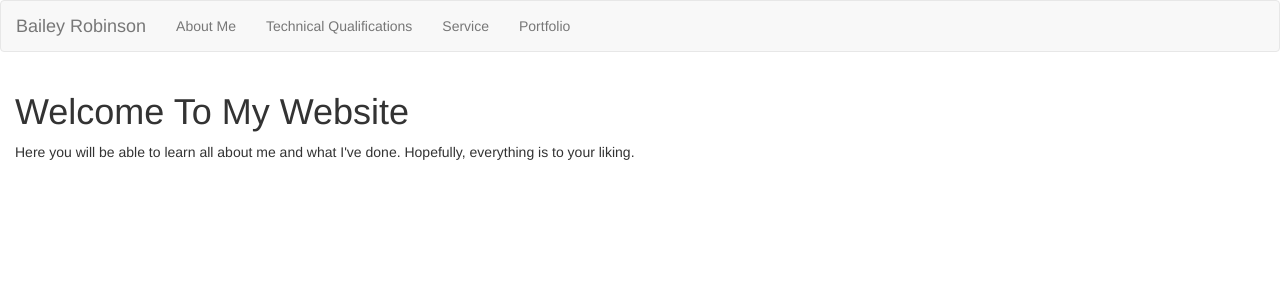
Repository: baileyjrob/personal_website
Page: index.html
An editor plug-in stored every save of this project. The page is shown before and after the next save, followed by the edit.
The browser window is 1280 px wide. The pictures show the whole page.

Above is the page before, as saved 2022-04-20 13:25:25.

### index.html
<!DOCTYPE html>
<html lang=en>

<head>
  <title>Bailey Robinson</title>
  <meta charset="utf-8">
  <meta name="viewport" content="width=device-width, initial-scale=1">
  <!-- Latest compiled and minified CSS -->
  <link rel="stylesheet" href="https://maxcdn.bootstrapcdn.com/bootstrap/3.4.1/css/bootstrap.min.css">

  <!-- jQuery library -->
  <script src="https://ajax.googleapis.com/ajax/libs/jquery/3.5.1/jquery.min.js"></script>

  <!-- Latest compiled JavaScript -->
  <script src="https://maxcdn.bootstrapcdn.com/bootstrap/3.4.1/js/bootstrap.min.js"></script>
</head>

<body>
  <nav class="navbar navbar-default">
    <div class="container-fluid">
      <div class="navbar-header">
        <a class="navbar-brand" href="index.html">Bailey Robinson</a>
      </div>
      <ul class="nav navbar-nav">
        <li><a href="about.html">About Me</a></li>
        <li><a href="techqual.html">Technical Qualifications</a></li>
        <li><a href="service.html">Service</a></li>
        <li><a href="portfolio.html">Portfolio</a></li>
      </ul>
    </div>
  </nav>
  <div class="container-fluid">
    <h1>Welcome To My Website</h1>
    <p>Here you will be able to learn all about me and what I've done. Hopefully, everything is to your liking.</p>
  </div>
</body>

</html>

After the next save:
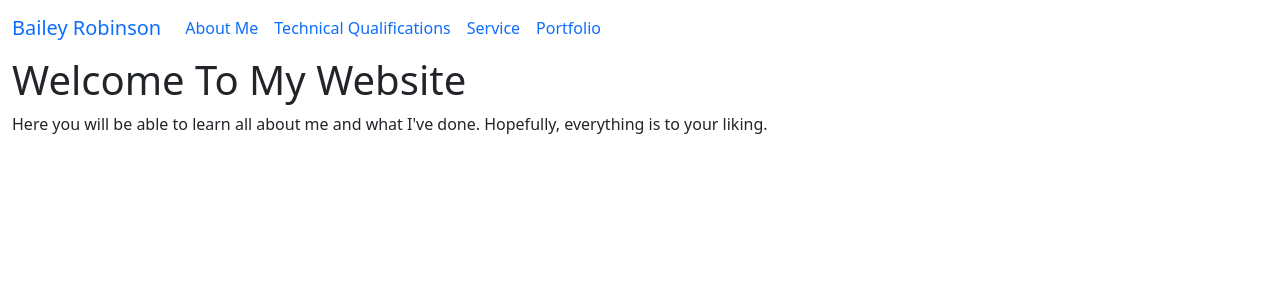
Saved 82 s later.
--- a/index.html
+++ b/index.html
@@ -2,37 +2,45 @@
 <html lang=en>
 
 <head>
-  <title>Bailey Robinson</title>
-  <meta charset="utf-8">
-  <meta name="viewport" content="width=device-width, initial-scale=1">
-  <!-- Latest compiled and minified CSS -->
-  <link rel="stylesheet" href="https://maxcdn.bootstrapcdn.com/bootstrap/3.4.1/css/bootstrap.min.css">
+    <title>Bailey Robinson</title>
+    <meta charset="utf-8">
+    <meta name="viewport" content="width=device-width, initial-scale=1">
+    <!-- Latest compiled and minified CSS -->
+    <link href="https://cdn.jsdelivr.net/npm/bootstrap@5.0.2/dist/css/bootstrap.min.css" rel="stylesheet"
+        integrity="sha384-EVSTQN3/azprG1Anm3QDgpJLIm9Nao0Yz1ztcQTwFspd3yD65VohhpuuCOmLASjC" crossorigin="anonymous">
 
-  <!-- jQuery library -->
-  <script src="https://ajax.googleapis.com/ajax/libs/jquery/3.5.1/jquery.min.js"></script>
+    <!-- jQuery library -->
+    <script src="https://ajax.googleapis.com/ajax/libs/jquery/3.5.1/jquery.min.js"></script>
 
-  <!-- Latest compiled JavaScript -->
-  <script src="https://maxcdn.bootstrapcdn.com/bootstrap/3.4.1/js/bootstrap.min.js"></script>
+    <!-- Latest compiled JavaScript -->
+    <script src="https://cdn.jsdelivr.net/npm/bootstrap@5.0.2/dist/js/bootstrap.bundle.min.js"
+        integrity="sha384-MrcW6ZMFYlzcLA8Nl+NtUVF0sA7MsXsP1UyJoMp4YLEuNSfAP+JcXn/tWtIaxVXM"
+        crossorigin="anonymous"></script>
 </head>
 
 <body>
-  <nav class="navbar navbar-default">
+    <nav class="navbar navbar-expand-lg">
+        <div class="container-fluid">
+            <a class="navbar-brand" href="index.html">Bailey Robinson</a>
+            <button class="navbar-toggler" type="button" data-bs-toggle="collapse"
+                data-bs-target="#navbarSupportedContent" aria-controls="navbarSupportedContent" aria-expanded="false"
+                aria-label="Toggle navigation">
+                <span class="navbar-toggler-icon"></span>
+            </button>
+            <div class="collapse navbar-collapse" id="navbarSupportedContent">
+                <ul class="navbar-nav me-auto mb-2 mb-lg-0">
+                    <li class="nav-item"><a class="nav-link" href="about.html">About Me</a></li>
+                    <li class="nav-item"><a class="nav-link" href="techqual.html">Technical Qualifications</a></li>
+                    <li class="nav-item"><a class="nav-link" href="service.html">Service</a></li>
+                    <li class="nav-item"><a class="nav-link" href="portfolio.html">Portfolio</a></li>
+                </ul>
+            </div>
+        </div>
+    </nav>
     <div class="container-fluid">
-      <div class="navbar-header">
-        <a class="navbar-brand" href="index.html">Bailey Robinson</a>
-      </div>
-      <ul class="nav navbar-nav">
-        <li><a href="about.html">About Me</a></li>
-        <li><a href="techqual.html">Technical Qualifications</a></li>
-        <li><a href="service.html">Service</a></li>
-        <li><a href="portfolio.html">Portfolio</a></li>
-      </ul>
+        <h1>Welcome To My Website</h1>
+        <p>Here you will be able to learn all about me and what I've done. Hopefully, everything is to your liking.</p>
     </div>
-  </nav>
-  <div class="container-fluid">
-    <h1>Welcome To My Website</h1>
-    <p>Here you will be able to learn all about me and what I've done. Hopefully, everything is to your liking.</p>
-  </div>
 </body>
 
 </html>
